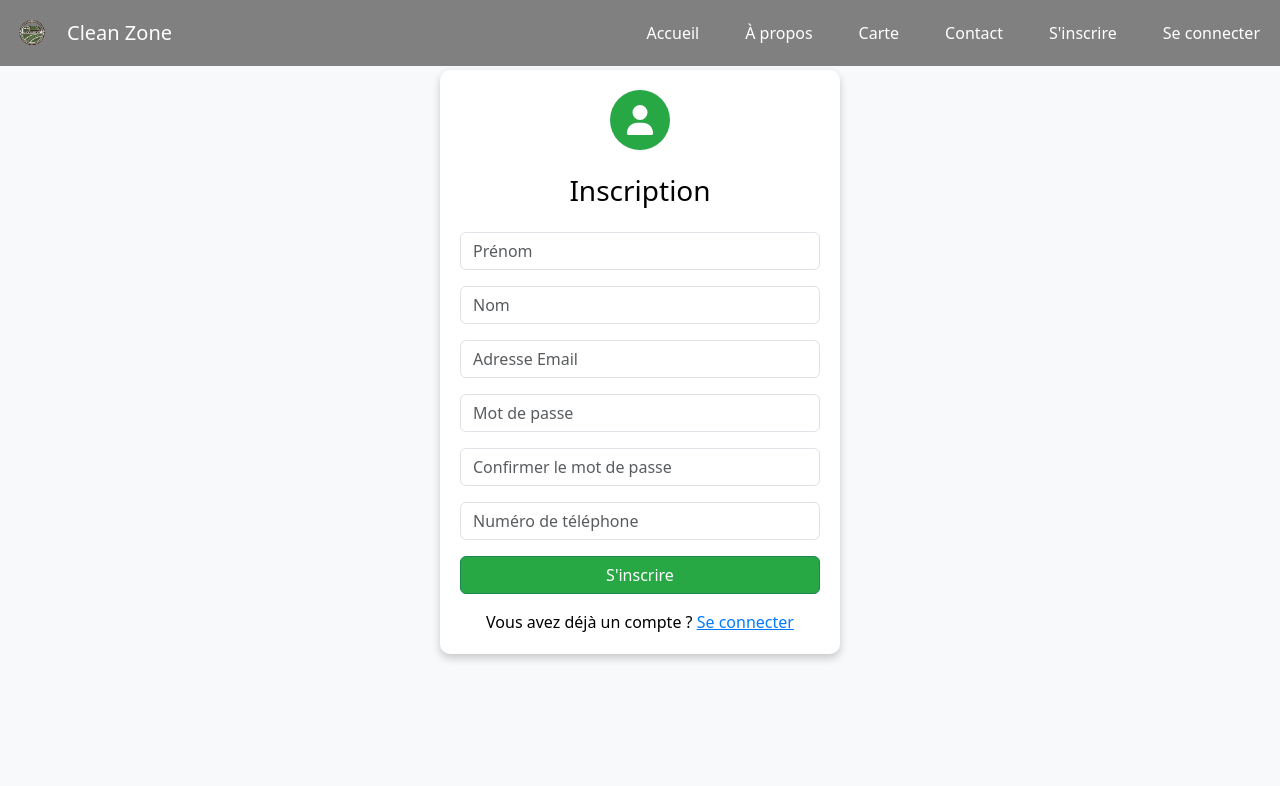
Repository: SystemInfoGeo/QGISproject
Page: /signup (app in NEXT/)
The author's editor kept a copy of each file at every save. The page is drawn from the files as they stood at one save, then again after the next save.
The browser window is 1280 px wide. The pictures show the whole page.
The project was rebuilt for these pictures with package versions that can differ from the ones it lists, and the page was loaded fresh each time. The framework's server and built-in components were replaced by stand-ins that run in the browser. Also part of the build but not shown: NEXT/next.config.mjs.

Above is the page before, as saved 2024-09-16 18:15:23.

### NEXT/pages/_app.js
// pages/_app.js
import { AuthProvider } from '../context/AuthContext';
import 'bootstrap/dist/css/bootstrap.min.css'; // Import Bootstrap CSS ici

function MyApp({ Component, pageProps }) {
  return (
    <AuthProvider>
      <Component {...pageProps} />
    </AuthProvider>
  );
}

export default MyApp;

### NEXT/pages/signup.js
import { useState } from 'react';
import axios from 'axios';
import { useRouter } from 'next/router';
import 'bootstrap/dist/css/bootstrap.min.css'; // Importation de Bootstrap pour le style
import Navbar from '../components/Navbar';
import { FontAwesomeIcon } from '@fortawesome/react-fontawesome';
import { faUser } from '@fortawesome/free-solid-svg-icons'; // Importer l'icône utilisateur
import '../styles/Signup.css'; // Import du fichier CSS externe

const Signup = () => {
  const [email, setEmail] = useState('');
  const [password, setPassword] = useState('');
  const [confirmPassword, setConfirmPassword] = useState('');
  const [firstName, setFirstName] = useState('');
  const [lastName, setLastName] = useState('');
  const [phoneNumber, setPhoneNumber] = useState('');
  const [error, setError] = useState('');
  const [loading, setLoading] = useState(false);
  const router = useRouter();

  const handleSubmit = async (e) => {
    e.preventDefault();
    setError('');
    setLoading(true);

    if (password !== confirmPassword) {
      setError('Les mots de passe ne correspondent pas.');
      setLoading(false);
      return;
    }

    const emailPattern = /^[^\s@]+@[^\s@]+\.[^\s@]+$/;
    if (!emailPattern.test(email)) {
      setError('Adresse email invalide.');
      setLoading(false);
      return;
    }

    const phonePattern = /^[0-9]{10,15}$/;
    if (!phonePattern.test(phoneNumber)) {
      setError('Numéro de téléphone invalide.');
      setLoading(false);
      return;
    }

    try {
      const response = await axios.post(`${process.env.NEXT_PUBLIC_API_URL}/signup`, {
        email,
        password,
        confirm_password: confirmPassword,
        first_name: firstName,
        last_name: lastName,
        phone_number: phoneNumber
      });

      if (response.status === 201) {
        setEmail('');
        setPassword('');
        setConfirmPassword('');
        setFirstName('');
        setLastName('');
        setPhoneNumber('');

        router.push('/login');
      }
    } catch (error) {
      if (error.response && error.response.data.error) {
        setError(error.response.data.error);
      } else {
        setError('Erreur lors de l\'inscription. Veuillez réessayer.');
      }
    } finally {
      setLoading(false);
    }
  };

  return (
    <>
      <Navbar /> {/* Inclusion de la Navbar */}

      {/* Contenu principal de la page d'inscription */}
      <div className="d-flex justify-content-center align-items-center vh-100 bg-light">
        <div className="signup-container">
          <div className="signup-icon mb-4 mx-auto d-flex justify-content-center align-items-center">
            <FontAwesomeIcon icon={faUser} size="2x" className="text-white" />
          </div>
          <h3 className="text-center mb-4">Inscription</h3>
          <form onSubmit={handleSubmit}>
            <div className="mb-3">
              <input
                type="text"
                className="form-control"
                id="firstName"
                placeholder="Prénom" // Placeholder à la place de <label>
                value={firstName}
                onChange={(e) => setFirstName(e.target.value)}
                required
              />
            </div>
            <div className="mb-3">
              <input
                type="text"
                className="form-control"
                id="lastName"
                placeholder="Nom" // Placeholder à la place de <label>
                value={lastName}
                onChange={(e) => setLastName(e.target.value)}
                required
              />
            </div>
            <div className="mb-3">
              <input
                type="email"
                className="form-control"
                id="email"
                placeholder="Adresse Email" // Placeholder à la place de <label>
                value={email}
                onChange={(e) => setEmail(e.target.value)}
                required
              />
            </div>
            <div className="mb-3">
              <input
                type="password"
                className="form-control"
                id="password"
                placeholder="Mot de passe" // Placeholder à la place de <label>
                value={password}
                onChange={(e) => setPassword(e.target.value)}
                required
              />
            </div>
            <div className="mb-3">
              <input
                type="password"
                className="form-control"
                id="confirmPassword"
                placeholder="Confirmer le mot de passe" // Placeholder à la place de <label>
                value={confirmPassword}
                onChange={(e) => setConfirmPassword(e.target.value)}
                required
              />
            </div>
            <div className="mb-3">
              <input
                type="tel"
                className="form-control"
                id="phoneNumber"
                placeholder="Numéro de téléphone" // Placeholder à la place de <label>
                value={phoneNumber}
                onChange={(e) => setPhoneNumber(e.target.value)}
                required
              />
            </div>
            <button type="submit" className="btn btn-success w-100 signup-btn" disabled={loading}>
              {loading ? 'Inscription en cours...' : "S'inscrire"}
            </button>
            {error && <p className="text-danger mt-3">{error}</p>}
          </form>
          <div className="text-center mt-3">
            <span>Vous avez déjà un compte ? </span>
            <a href="/login" className="blue-link">Se connecter</a>
          </div>
        </div>
      </div>
    </>
  );
};

export default Signup;

### NEXT/context/AuthContext.js
import { createContext, useContext, useState, useEffect } from 'react';
import { Spinner } from 'react-bootstrap';
import jwt_decode from 'jwt-decode';

// Créez le contexte
const AuthContext = createContext();

// Créez un hook pour utiliser le contexte facilement
export const useAuth = () => useContext(AuthContext);

// Créer un fournisseur pour encapsuler l'état de connexion global
export const AuthProvider = ({ children }) => {
  const [loggedIn, setLoggedIn] = useState(false);
  const [loading, setLoading] = useState(true);  // Indicateur de chargement
  const [user, setUser] = useState(null);        // Stockage des informations utilisateur

  // Fonction pour vérifier la validité du token
  const isTokenValid = (token) => {
    try {
      const decodedToken = jwt_decode(token);  // Décodage du token JWT
      const currentTime = Date.now() / 1000;  // Temps actuel en secondes
      if (decodedToken.exp > currentTime) {
        return true;  // Le token est valide
      } else {
        console.warn("Le token a expiré.");
        return false;  // Le token est expiré
      }
    } catch (error) {
      console.error("Erreur lors du décodage du token:", error);
      return false;  // Le token est invalide
    }
  };

  // Vérification de la connexion au démarrage
  useEffect(() => {
    const token = localStorage.getItem('token');
    const userInfo = localStorage.getItem('user');

    // Vérification de la présence des données
    if (token && userInfo) {
      try {
        // Vérifier si le token est valide
        if (isTokenValid(token)) {
          setLoggedIn(true);

          // Essayer de parser les informations utilisateur
          try {
            const parsedUser = JSON.parse(userInfo);  // Charger les informations utilisateur
            setUser(parsedUser);
          } catch (error) {
            console.error("Erreur lors du parsing des informations utilisateur:", error);
            localStorage.removeItem('user');  // Supprimer les données corrompues
            setUser(null);
            setLoggedIn(false);
          }
        } else {
          // Le token est expiré ou invalide
          localStorage.removeItem('token');
          localStorage.removeItem('user');
          setLoggedIn(false);
        }
      } catch (error) {
        console.error("Erreur lors du traitement de la connexion:", error);
        setLoggedIn(false);
      }
    } else {
      // Si le token ou les infos utilisateur sont manquants
      console.warn("Aucun token ou informations utilisateur trouvés.");
      setLoggedIn(false);
    }

    setLoading(false);  // Fin du chargement
  }, []);

  // Fonction de connexion
  const login = (token, userInfo) => {
    if (token && userInfo) {
      localStorage.setItem('token', token);
      localStorage.setItem('user', JSON.stringify(userInfo));  // Enregistrer les informations utilisateur
      setUser(userInfo);
      setLoggedIn(true);
    } else {
      console.error("Le token ou les informations utilisateur sont manquants.");
    }
  };

  // Fonction de déconnexion
  const logout = () => {
    localStorage.removeItem('token');
    localStorage.removeItem('user');
    setUser(null);  // Réinitialiser les informations utilisateur
    setLoggedIn(false);
  };

  return (
    <AuthContext.Provider value={{ loggedIn, login, logout, loading, user }}>
      {loading ? <Spinner animation="border" role="status" /> : children} {/* Afficher un spinner si en chargement */}
    </AuthContext.Provider>
  );
};

### NEXT/components/Navbar.js
import Link from 'next/link';
import { useAuth } from '../context/AuthContext'; // Importer le hook useAuth
import 'bootstrap/dist/css/bootstrap.min.css';
import { useEffect, useState } from 'react';

export default function Navbar() {
  const { loggedIn } = useAuth(); // Utiliser le hook pour accéder à l'état de connexion
  const [userRole, setUserRole] = useState(null); // Stocker le rôle de l'utilisateur

  // Vérification du rôle de l'utilisateur lors du chargement de la page
  useEffect(() => {
    const role = localStorage.getItem('role'); // Récupérer le rôle depuis localStorage
    if (role) {
      setUserRole(role); // Mettre à jour le rôle de l'utilisateur dans le state
      console.log('Rôle de l’utilisateur:', role); // Afficher le rôle dans la console pour déboguer
    } else {
      console.log('Aucun rôle trouvé dans le localStorage');
    }
  }, []);

  return (
    <nav className="navbar navbar-expand-lg" style={{ backgroundColor: '#808080' }}>
      <div className="container-fluid">
        <a className="navbar-brand" href="/" style={{ color: 'white', display: 'flex', alignItems: 'center' }}>
          <img src="/images/logo.jpg" alt="Logo" style={{ width: '40px', height: '40px', marginRight: '15px' }} />
          Clean Zone
        </a>
        <button className="navbar-toggler" type="button" data-bs-toggle="collapse" data-bs-target="#navbarNav" aria-controls="navbarNav" aria-expanded="false" aria-label="Toggle navigation">
          <span className="navbar-toggler-icon"></span>
        </button>
        <div className="collapse navbar-collapse" id="navbarNav">
          <ul className="navbar-nav ms-auto">
            <li className="nav-item">
              <Link href="/" legacyBehavior>
                <a className="nav-link" style={{ color: 'white', marginRight: '30px' }}>Accueil</a>
              </Link>
            </li>

            <li className="nav-item">
              <Link href="/apropos" legacyBehavior>
                 <a className="nav-link" style={{ color: 'white', marginRight: '30px' }}>À propos</a>
              </Link>
            </li>

            <li className="nav-item">
              <Link href="/CARTE" legacyBehavior>
                <a className="nav-link" style={{ color: 'white', marginRight: '30px' }}>Carte</a>
              </Link>
            </li>
            <li className="nav-item">
              <Link href="/contact" legacyBehavior>
                <a className="nav-link" style={{ color: 'white', marginRight: '30px' }}>Contact</a>
              </Link>
            </li>

            {/* Affichage conditionnel basé sur l'état de connexion et le rôle */}
            {loggedIn ? (
              <li className="nav-item">
                {/* Si l'utilisateur est admin, rediriger vers le profil admin, sinon vers le profil utilisateur */}
                {userRole === 'admin' ? (
                  <Link href="/admin/profile" legacyBehavior>
                    <a className="nav-link" style={{ color: 'white', marginRight: '30px' }}>
                      Profil Admin
                    </a>
                  </Link>
                ) : (
                  <Link href="/user/profile" legacyBehavior>
                    <a className="nav-link" style={{ color: 'white', marginRight: '30px' }}>
                      Profil
                    </a>
                  </Link>
                )}
              </li>
            ) : (
              <>
                <li className="nav-item">
                  <Link href="/signup" legacyBehavior>
                    <a className="nav-link" style={{ color: 'white', marginRight: '30px' }}>S'inscrire</a>
                  </Link>
                </li>
                <li className="nav-item">
                  <Link href="/login" legacyBehavior>
                    <a className="nav-link" style={{ color: 'white' }}>Se connecter</a>
                  </Link>
                </li>
              </>
            )}
          </ul>
        </div>
      </div>
    </nav>
  );
}

### NEXT/styles/Signup.css
/* Conteneur principal */
.signup-container {
  background: white;
  padding: 20px;
  border-radius: 10px;
  box-shadow: 0 4px 8px rgba(0, 0, 0, 0.2);
  max-width: 400px;
  width: 100%;
  position: absolute;
  top: 70px; /* Ajustez cette valeur pour déplacer le formulaire vers le haut */
  left: 50%;
  transform: translateX(-50%);
}

/* Icône de l'inscription */
.signup-icon {
  width: 60px;
  height: 60px;
  background-color: #28a745;
  border-radius: 50%;
  display: flex;
  justify-content: center;
  align-items: center;
  margin: 0 auto 10px; /* Réduit la marge en bas de l'icône */
}

.signup-icon svg {
  width: 30px;
  height: 30px;
}

/* Titre d'inscription */
.signup-container h3 {
  margin-top: 0; /* Assurez-vous qu'il n'y a pas de marge au-dessus du titre */
  margin-bottom: 10px; /* Ajustez la marge en bas du titre si nécessaire */
}

/* Bouton d'inscription */
.signup-btn {
  background-color: #28a745;
  color: white;
}

.signup-btn:disabled {
  background-color: #94d3a2;
}

/* Message d'erreur */
.text-danger {
  color: #dc3545 !important;
}

/* Style pour "Vous avez déjà un compte ? Se connecter" */
.text-center {
  color: #000; /* Le texte normal est en noir */
}

.blue-link {
  color: #007bff; /* Se connecter en bleu */
  text-decoration: underline; /* Souligner le lien */
  transition: color 0.3s ease;
}

.blue-link:hover {
  color: #0056b3; /* Lien bleu plus foncé au survol */
}

/* Background général */
.bg-light {
  background-color: #f8f9fa !important;
}

/* Réactivité pour les petits écrans */
@media (max-width: 768px) {
  .signup-container {
    max-width: 90%;
    padding: 20px;
    top: 10px; /* Réduit la marge en haut sur les petits écrans si nécessaire */
  }

  .btn-success {
    font-size: 0.9rem;
    padding: 0.6rem;
  }

  .signup-icon {
    width: 50px;
    height: 50px;
  }

  .signup-icon svg {
    width: 25px;
    height: 25px;
  }
}

After the next save:
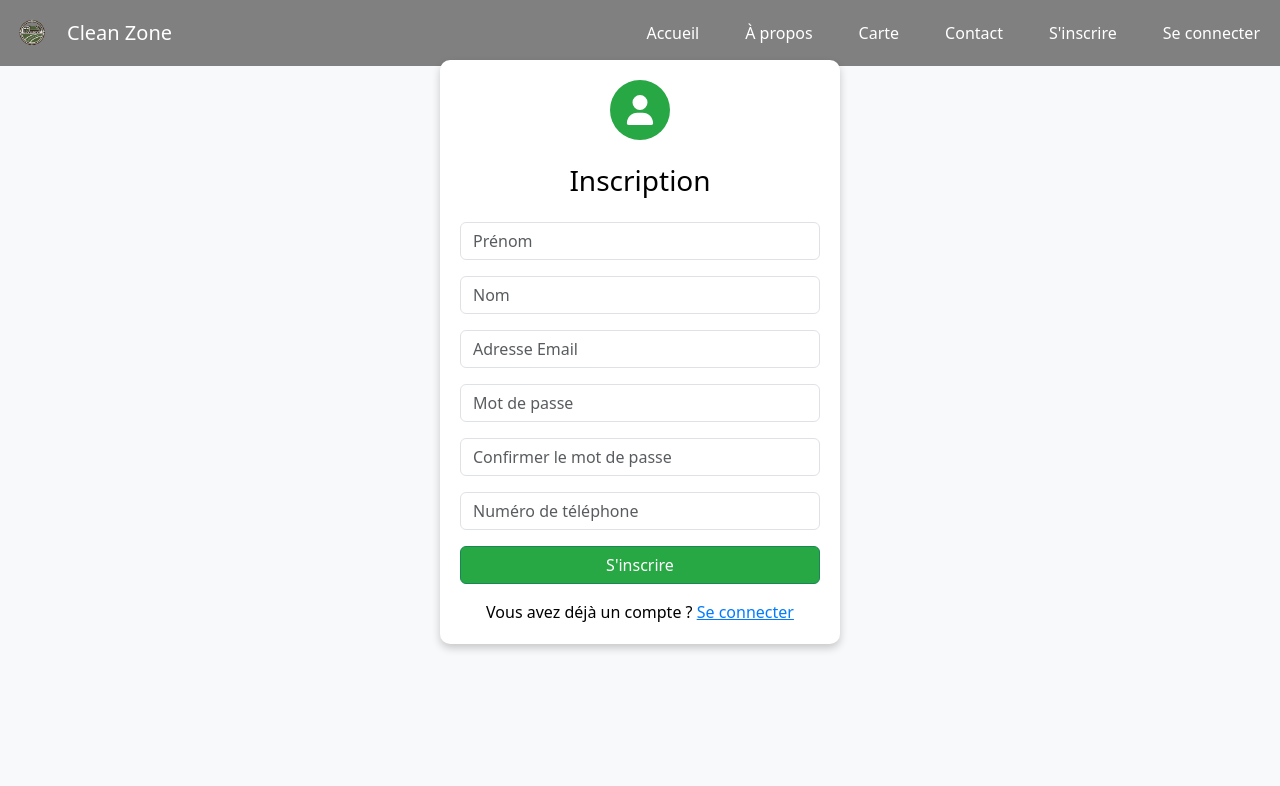
Saved 11 s later.
--- a/NEXT/styles/Signup.css
+++ b/NEXT/styles/Signup.css
@@ -7,7 +7,7 @@
   max-width: 400px;
   width: 100%;
   position: absolute;
-  top: 70px; /* Ajustez cette valeur pour déplacer le formulaire vers le haut */
+  top: 60px; /* Ajustez cette valeur pour déplacer le formulaire vers le haut */
   left: 50%;
   transform: translateX(-50%);
 }

After the save that followed:
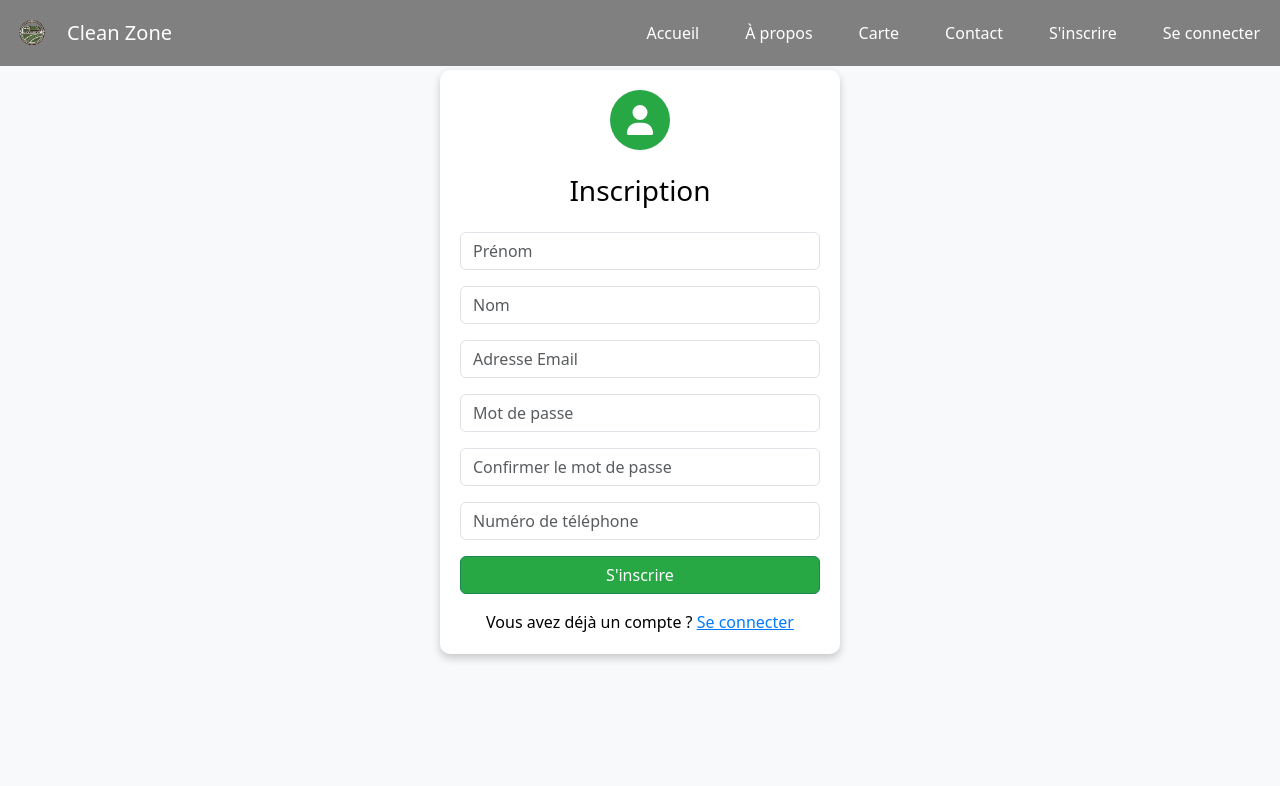
Saved 8 s later.
--- a/NEXT/styles/Signup.css
+++ b/NEXT/styles/Signup.css
@@ -7,7 +7,7 @@
   max-width: 400px;
   width: 100%;
   position: absolute;
-  top: 60px; /* Ajustez cette valeur pour déplacer le formulaire vers le haut */
+  top: 70px; /* Ajustez cette valeur pour déplacer le formulaire vers le haut */
   left: 50%;
   transform: translateX(-50%);
 }
